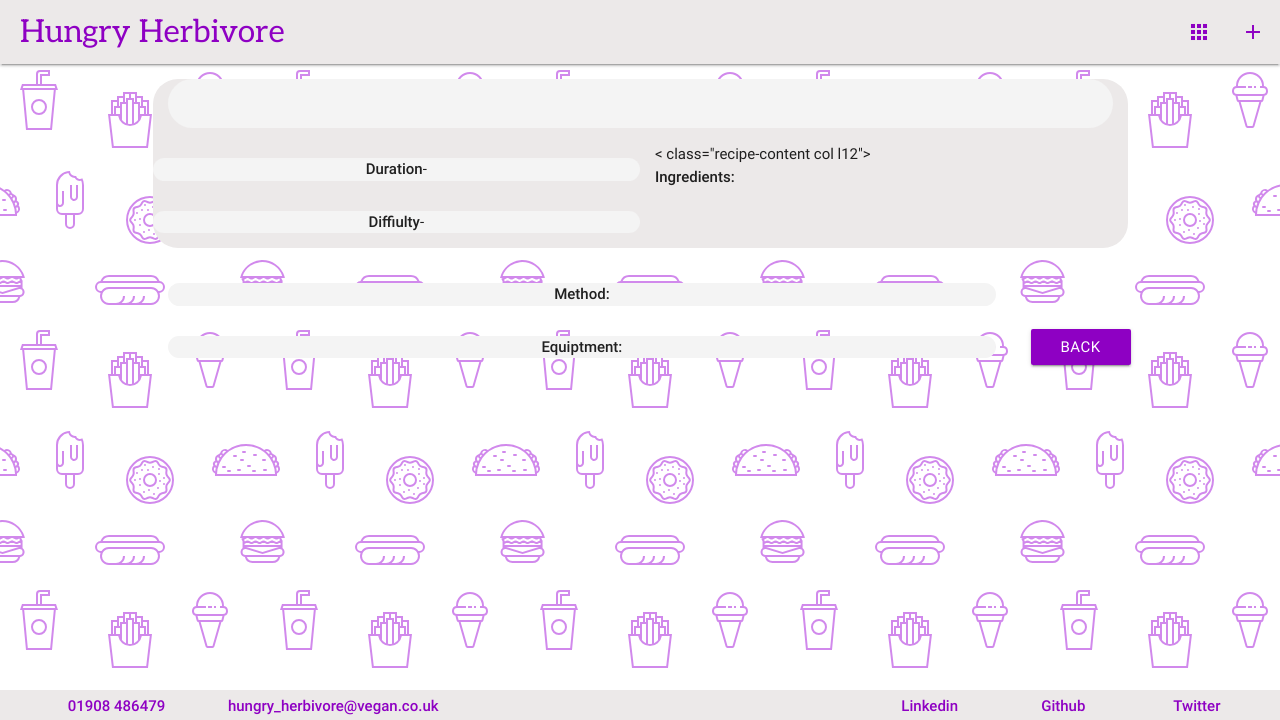
Repository: tgarratt/HungryHerbivore-Milestone3
Page: templates/viewrecipe.html
The author's editor kept a record of every edit. The page is drawn from the files as they stood at one moment, then again after the next edit.
The browser window is 1280 px wide. The pictures show the whole page.
The template is drawn by Flask 3. The application's start-up code is not run. The template is opened directly, without the code that normally fills it, so the values that code supplies are empty.

Above is the page before.

After the next edit:
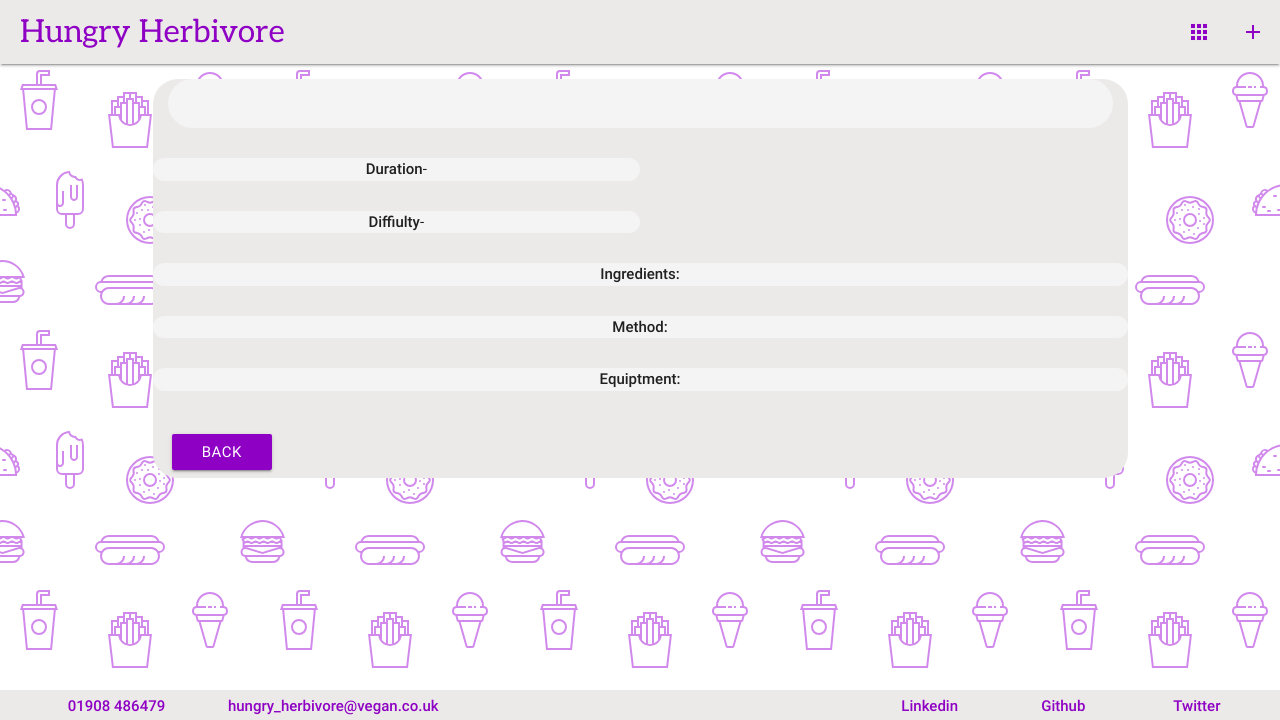
The edit:
--- a/templates/viewrecipe.html
+++ b/templates/viewrecipe.html
@@ -13,7 +13,7 @@
         <div class="recipe-content col l6">
             <div><strong>Diffiulty</strong>- {{recipe.difficulty}}</div>
         </div>
-        < class="recipe-content col l12">
+        <div class="recipe-content col l12">
             <div><strong>Ingredients:</strong></div>
             <div>{{recipe.meal_ingredients}}</div>
         </div>
